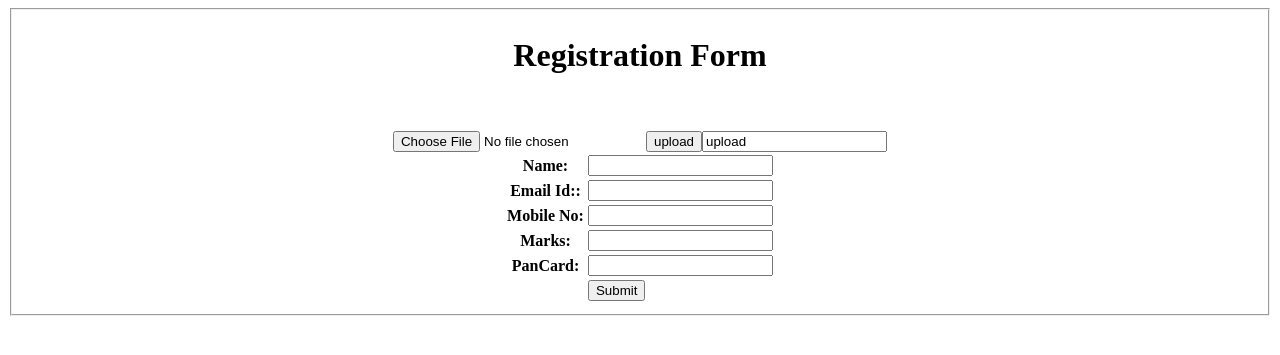
Repository: poojagupta18/Practice-Java
Page: http://localhost/MyOnlineInterviewProcess/RegistrationPortal.jsp
An editor plug-in stored every save of this project. The page is shown before and after the next save, followed by the edit.
The browser window is 1280 px wide. The pictures show the whole page.
The page is served by Tomcat 9.

Above is the page before, as saved 2019-12-04 11:45:17.

### java Training/java/Online-Interview-Process/MyOnlineInterviewProcess/WebContent/RegistrationPortal.jsp
<%@ page language="java" contentType="text/html; charset=ISO-8859-1"
	pageEncoding="ISO-8859-1"%>
<!DOCTYPE html>
<html>
<head>
<meta charset="ISO-8859-1">
<title>Insert title here</title>
</head>
<body>
	<form action="_______" method="post" enctype="multipart/form-data">
	<fieldset>
	<center>
		<h1>Registration Form</h1>
			<br>
			<br>
		<table>
			<tr>
				<th>Name:</th>
				<td><input type="text" name="studentName"></td>
			</tr>
			<tr>
				<th>Email Id::</th>
				<td><input type="text" name="email"></td>
			</tr>
			<tr>
				<th>Mobile No:</th>
				<td><input type="text" name="mobile"></td>
			</tr>
			<tr>
				<th>Marks:</th>
				<td><input type="text" name="marks"></td>
			</tr>
			<tr>
				<th>PanCard:</th>
				<td><input type="text" name="pancard"></td>
			</tr>
			<tr>
				<th></th>
				 <input type="file" name="file" />
                <input type="submit" value="upload" />
                 <input type="submit1" value="upload" />
				<td><input type="submit" value="Submit"></td>
			</tr>
		</table>
		</center>
		</fieldset>
	</form>
</body>
</html>

After the next save:
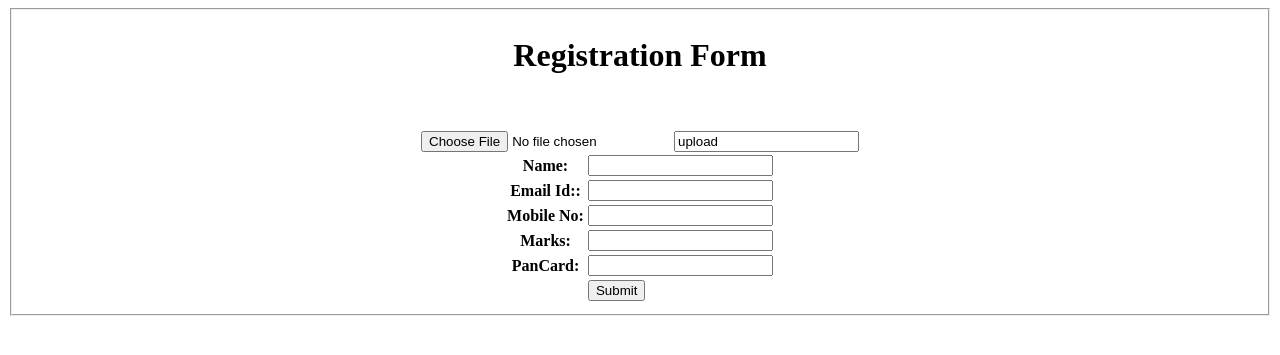
Saved 36 s later.
--- a/java Training/java/Online-Interview-Process/MyOnlineInterviewProcess/WebContent/RegistrationPortal.jsp
+++ b/java Training/java/Online-Interview-Process/MyOnlineInterviewProcess/WebContent/RegistrationPortal.jsp
@@ -37,7 +37,6 @@
 			<tr>
 				<th></th>
 				 <input type="file" name="file" />
-                <input type="submit" value="upload" />
                  <input type="submit1" value="upload" />
 				<td><input type="submit" value="Submit"></td>
 			</tr>
